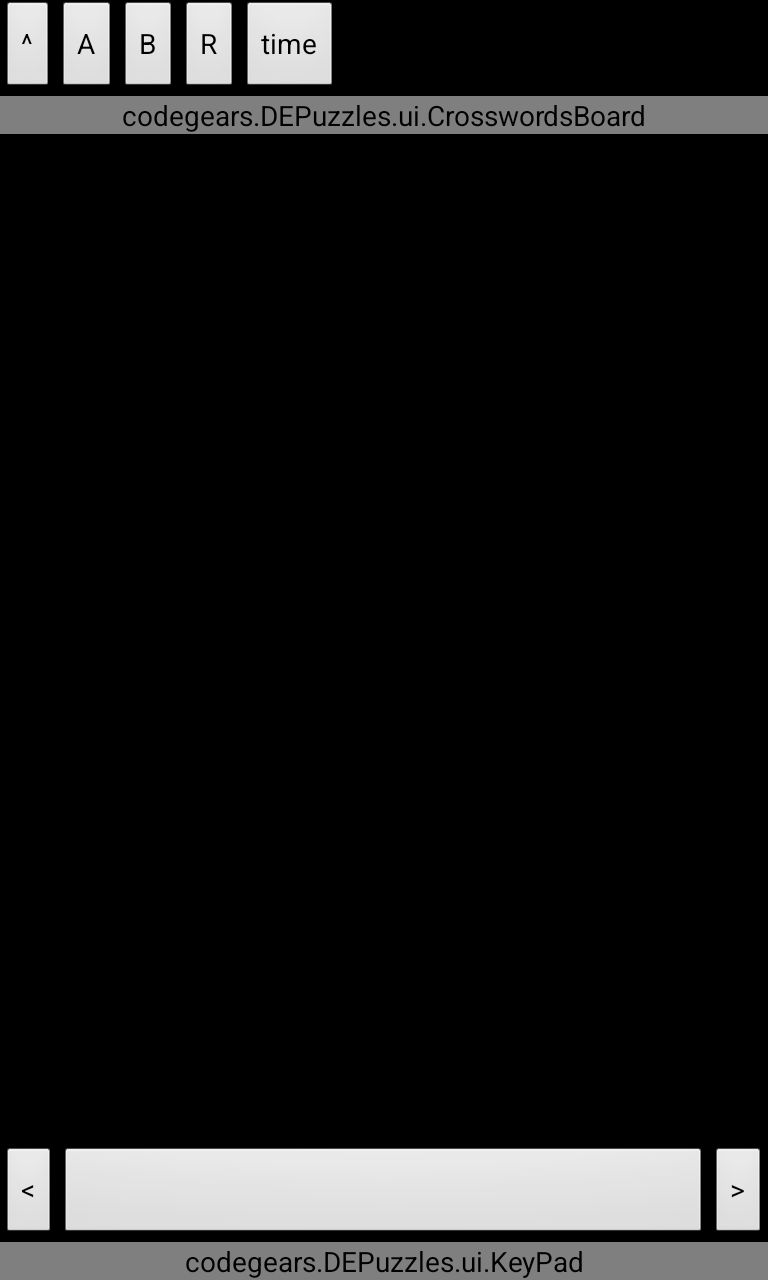
Repository: simplesns/workspace
Layout: eclipse/DEPuzzles/res/layout/crosswords.xml
The author's editor kept a copy of each file at every save. The layout is drawn from the files as they stood at one save, then again after the next save.
Pictures or frames that could not be fetched are drawn as grey boxes. It is drawn on a 768 x 1280 px phone screen (xhdpi) without system bars, with theme android:Theme; the app's code is not run.

Above is the layout before, as saved 2011-01-30 07:17:20.

### eclipse/DEPuzzles/res/layout/crosswords.xml
<?xml version="1.0" encoding="utf-8"?>
<LinearLayout xmlns:android="http://schemas.android.com/apk/res/android"
	android:layout_width="fill_parent" android:layout_height="fill_parent"
	android:orientation="vertical">
	<LinearLayout android:id="@+id/LinearLayout01"
		android:layout_height="wrap_content" android:layout_width="fill_parent">
		<Button android:id="@+id/Button01" android:layout_width="wrap_content"
			android:layout_height="wrap_content" android:text="^"></Button>
		<Button android:layout_width="wrap_content"
			android:layout_height="wrap_content" android:text="A"
			android:id="@+id/CrosswordsClue"></Button>
		<Button android:layout_width="wrap_content"
			android:layout_height="wrap_content" android:text="B"
			android:id="@+id/CrosswordsHint"></Button>
		<Button android:layout_width="wrap_content"
			android:layout_height="wrap_content" android:text="R"
			android:id="@+id/CrosswordsClear"></Button>
		<Button android:id="@+id/Button05" android:layout_width="wrap_content"
			android:layout_height="wrap_content" android:text="time"></Button>
	</LinearLayout>
	<ScrollView android:id="@+id/ScrollView01"
		android:layout_width="fill_parent" android:layout_height="wrap_content"
		android:layout_weight="1">
		<codegears.DEPuzzles.ui.CrosswordsBoard
			android:layout_width="fill_parent" android:layout_height="fill_parent"
			android:id="@+id/CrosswordsBoard">
		</codegears.DEPuzzles.ui.CrosswordsBoard>

	</ScrollView>
	<LinearLayout android:id="@+id/LinearLayout02"
		android:layout_height="wrap_content" android:layout_width="fill_parent">
		<Button android:layout_width="wrap_content"
			android:layout_height="wrap_content" android:text="&lt;"
			android:id="@+id/CrosswordsLeft"></Button>
		<Button android:text="@+id/Button07" android:layout_width="wrap_content"
			android:layout_height="wrap_content" android:layout_weight="1"
			android:id="@+id/CrosswordsHintBar"></Button>
		<Button android:layout_width="wrap_content"
			android:layout_height="wrap_content" android:text="&gt;"
			android:id="@+id/CrosswordsRight"></Button>

	</LinearLayout>
	<codegears.DEPuzzles.ui.KeyPad
		android:id="@+id/CrosswordsKeyPad" android:layout_height="wrap_content"
		android:layout_width="fill_parent"></codegears.DEPuzzles.ui.KeyPad>

</LinearLayout>

After the next save:
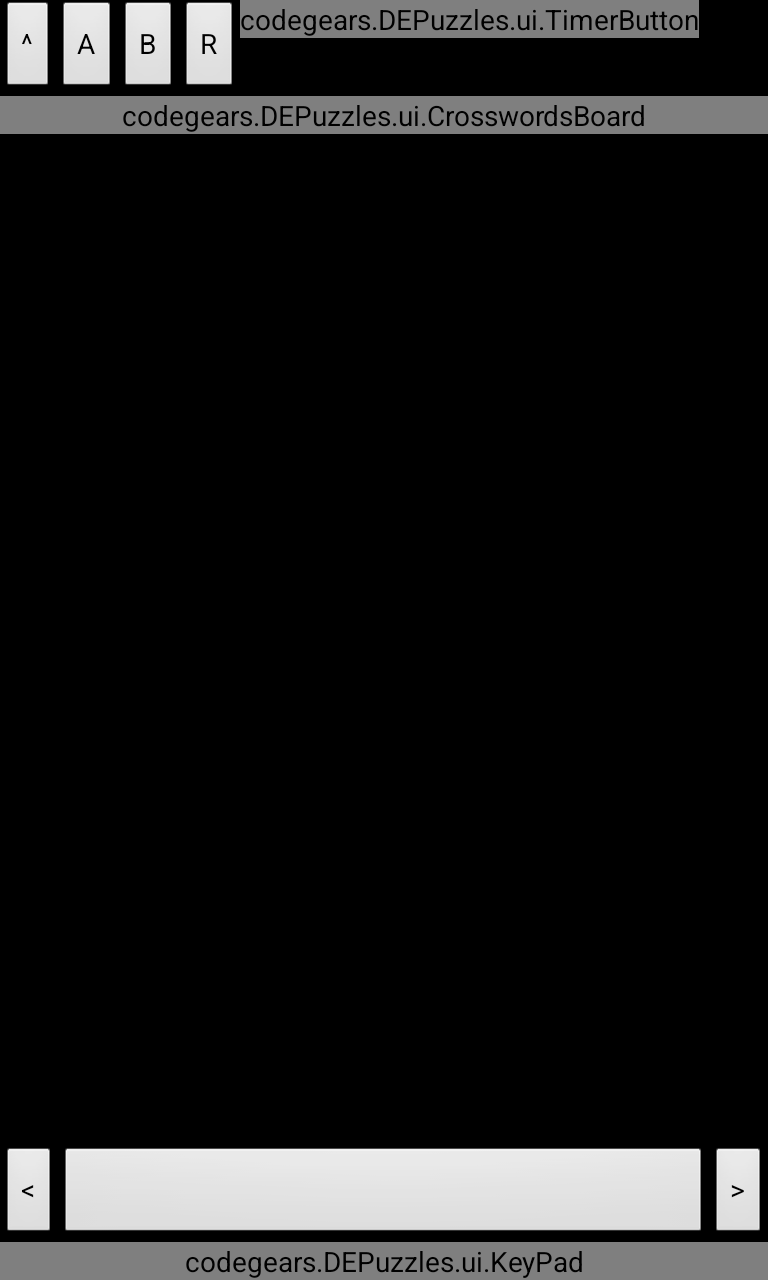
Saved 22 s later.
--- a/eclipse/DEPuzzles/res/layout/crosswords.xml
+++ b/eclipse/DEPuzzles/res/layout/crosswords.xml
@@ -15,8 +15,8 @@
 		<Button android:layout_width="wrap_content"
 			android:layout_height="wrap_content" android:text="R"
 			android:id="@+id/CrosswordsClear"></Button>
-		<Button android:id="@+id/Button05" android:layout_width="wrap_content"
-			android:layout_height="wrap_content" android:text="time"></Button>
+		<codegears.DEPuzzles.ui.TimerButton android:id="@+id/Button05" android:layout_width="wrap_content"
+			android:layout_height="wrap_content" android:text="time"></codegears.DEPuzzles.ui.TimerButton>
 	</LinearLayout>
 	<ScrollView android:id="@+id/ScrollView01"
 		android:layout_width="fill_parent" android:layout_height="wrap_content"
